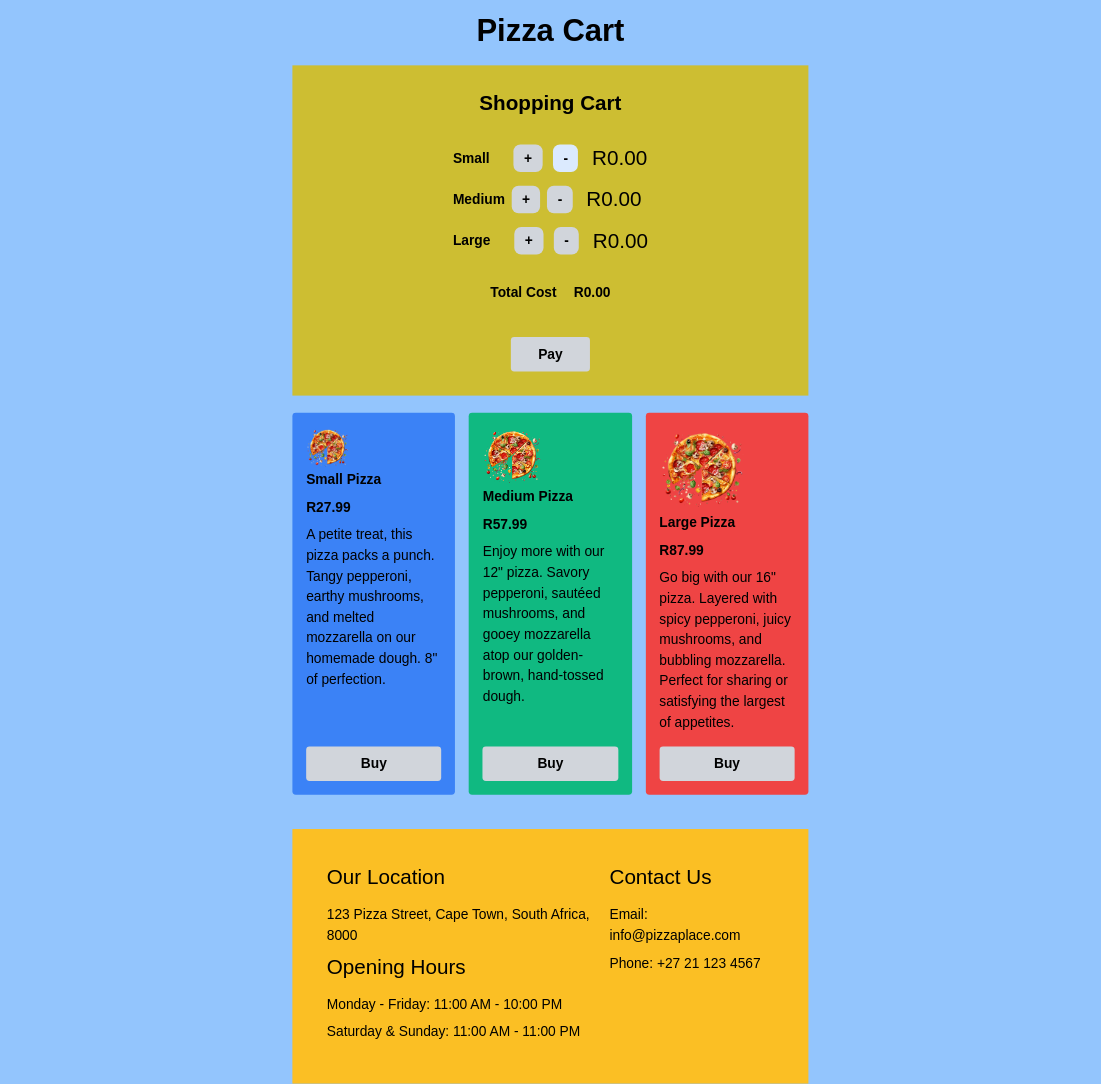
Repository: lasity34/pizza_cart
Page: index.html
The author's editor kept a copy of each file at every save. The page is drawn from the files as they stood at one save, then again after the next save.
The browser window is 1280 px wide. The pictures show the whole page, at 86% of full size.
Some web fonts or font styles are not loaded; a fallback is used. Some web libraries are served in a nearby version.

Above is the page before, as saved 2023-07-12 12:29:01.

### index.html
<!DOCTYPE html>
<html lang="en">
  <head>
    <meta charset="UTF-8" />
    <meta name="viewport" content="width=device-width, initial-scale=1.0" />
    <title>Pizza Cart</title>
    <script src="//unpkg.com/alpinejs" defer></script>
    <link
      href="https://cdn.jsdelivr.net/npm/tailwindcss@2.1.2/dist/tailwind.min.css"
      rel="stylesheet"
    />
    <link href="./style.css" rel="stylesheet" />
    <link rel="preconnect" href="https://fonts.googleapis.com">
<link rel="preconnect" href="https://fonts.gstatic.com" crossorigin>
<link href="https://fonts.googleapis.com/css2?family=Titillium+Web:ital@0;1&family=Tsukimi+Rounded:wght@300;400;500&display=swap" rel="stylesheet">
  </head>
  <body x-data="cart" class="bg-blue-300" x-cloak>
    <section class="flex justify-center items-center">
      <h1 class="text-4xl pt-4 font-bold">Pizza Cart</h1>
    </section>

    <section
      class="shop-container my-5 p-7 flex justify-center items-center flex-col"
    >
      <h2 class="text-2xl mb-2 font-bold">Shopping Cart</h2>
      <div class="mt-6 flex flex-col items-center">
        <div >
          <div class="flex items-center mb-4">
            <p class="font-bold mr-2">Small</p>
            <div class="ml-5">
              <button
                @click="increment('small')"
                class="bg-gray-300 hover:bg-gray-400 rounded-lg px-3 py-1 mr-2 font-bold"
              >
                +
              </button>
              <button
                @click="decrement('small')"
                class="bg-blue-100 hover:bg-gray-400 rounded-lg px-3 py-1 font-bold"
              >
                -
              </button>
            </div>
            <p class="ml-4 text-2xl">
              R<span x-text="(smallAmount * prices.small).toFixed(2)"
                >0.00</span
              >
            </p>
          </div>
          <div class="flex items-center mb-4">
            <p class="font-bold mr-2 text-red">Medium</p>
            <button
              @click="increment('medium')"
              class="bg-gray-300 hover:bg-gray-400 rounded-lg px-3 py-1 mr-2 font-bold"
            >
              +
            </button>
            <button
              @click="decrement('medium')"
              class="bg-gray-300 hover:bg-gray-400 rounded-lg px-3 py-1 font-bold"
            >
              -
            </button>
            <p class="ml-4 text-2xl">
              R<span x-text="(mediumAmount * prices.medium).toFixed(2)"
                >0.00</span
              >
            </p>
          </div>
          <div class="flex items-center mb-4">
            <p class="font-bold mr-2">Large</p>
            <div class="ml-5">
              <button
                @click="increment('large')"
                class="bg-gray-300 hover:bg-gray-400 rounded-lg px-3 py-1 mr-2 font-bold"
              >
                +
              </button>
              <button
                @click="decrement('large')"
                class="bg-gray-300 hover:bg-gray-400 rounded-lg px-3 py-1 font-bold"
              >
                -
              </button>
            </div>
            <p class="ml-4 text-2xl">
              R<span x-text="(largeAmount * prices.large).toFixed(2)"
                >0.00</span
              >
            </p>
          </div>
        </div>
        <div class="flex justify-center mt-4">
          <p class="font-bold">Total Cost</p>
          <p class="ml-5 font-bold">R<span x-text="total().toFixed(2)">0.00</span></p>
        </div>
        <div class="mt-4">
          <span  x-html="payMessage"></span>
        </div>

        <div class="mt-4" x-show="total() !== 0" x-cloak>
          <label class="font-bold">Payment Amount:</label>
          <input placeholder="Enter payment here" type="number" step="0.01" class="rounded ml-2 py-2" x-model="paymentAmount" />
        </div>
        <div class="mt-6">
          <button
          x-cloak
          @click="paymentTotal()"
            class="bg-gray-300 hover:bg-gray-400 py-2 px-8 rounded font-bold"
          >
            <span x-text="total() === 0 ? 'Pay' : 'Checkout'"></span>
          </button>
        </div>
      </div>
    </section>

    <section class="pizza_columns">
      <div class="flex justify-around gap-4 max-w-screen-sm mx-auto">
        <div
          class="pizza_sm bg-blue-500 rounded p-4 w-64 flex flex-col justify-between text-black"
        >
          <div>
            <img src="./pizza.png" width="50" />
            <h3 class="mb-2 font-bold">Small Pizza</h3>
            <h3 class="mb-2 font-bold">R27.99</h3>
            <p class="mb-4">
              A petite treat, this pizza packs a punch. Tangy pepperoni, earthy
              mushrooms, and melted mozzarella on our homemade dough. 8" of
              perfection.
            </p>
          </div>
          <button
          @click="buy('small')"
          :disabled="smallAdded"
          class="bg-gray-300 hover:bg-gray-400 transition-colors duration-300 py-2 px-4 rounded font-bold"
        >
          Buy
        </button>
        </div>
        <div
          class="pizza_md bg-green-500 rounded p-4 w-64 flex flex-col justify-between text-black"
        >
          <div>
            <img src="./pizza.png" width="70" />
            <h3 class="mb-2 font-bold">Medium Pizza</h3>
            <h3 class="mb-2 font-bold">R57.99</h3>
            <p class="mb-4">
              Enjoy more with our 12" pizza. Savory pepperoni, sautéed
              mushrooms, and gooey mozzarella atop our golden-brown, hand-tossed
              dough.
            </p>
          </div>
          <button
          @click="buy('medium')"
          :disabled="mediumAdded"
          class="bg-gray-300 hover:bg-gray-400 transition-colors duration-300 py-2 px-4 rounded font-bold"
        >
          Buy
        </button>
        </div>
        <div
          class="pizza_lg bg-red-500 rounded p-4 w-64 flex flex-col justify-between text-black"
        >
          <div>
            <img src="./pizza.png" width="100" />
            <h3 class="mb-2 font-bold">Large Pizza</h3>
            <h3 class="mb-2 font-bold">R87.99</h3>
            <p class="mb-4">
              Go big with our 16" pizza. Layered with spicy pepperoni, juicy
              mushrooms, and bubbling mozzarella. Perfect for sharing or
              satisfying the largest of appetites.
            </p>
          </div>
          <button
          @click="buy('large')"
          :disabled="largeAdded"
          class="bg-gray-300 hover:bg-gray-400 transition-colors duration-300 py-2 px-4 rounded font-bold"
        >
          Buy
        </button>
        </div>
      </div>

      <footer class="bg-yellow-400 text-black mt-10 p-10">
        <div class="container mx-auto flex justify-between">
          <div>
            <h2 class="text-2xl mb-4">Our Location</h2>
            <p class="mb-2">123 Pizza Street, Cape Town, South Africa, 8000</p>

            <h2 class="text-2xl mb-4">Opening Hours</h2>
            <p class="mb-2">Monday - Friday: 11:00 AM - 10:00 PM</p>
            <p class="mb-2">Saturday & Sunday: 11:00 AM - 11:00 PM</p>
          </div>
          <div>
            <h2 class="text-2xl mb-4">Contact Us</h2>
            <p class="mb-2">Email: info@pizzaplace.com</p>
            <p class="mb-2">Phone: +27 21 123 4567</p>
          </div>
        </div>
      </footer>
    </section>
    <div
    x-show="show"
    x-transition:enter="transition ease-out duration-300"
    x-transition:enter-start="opacity-0 transform scale-90"
    x-transition:enter-end="opacity-100 transform scale-100"
    x-transition:leave="transition ease-in duration-300"
    x-transition:leave-start="opacity-100 transform scale-100"
    x-transition:leave-end="opacity-0 transform scale-90"
    class="fixed inset-0 flex items-center justify-center z-50"
  >
    <div class="bg-green-800 text-white rounded p-5 shadow-lg">

      <p x-text="message"></p>
      <!-- Removed the Close button -->
    </div>
  </div>


    <script src="./pizza.js"></script>
  </body>
</html>

### style.css

body {
    max-width: 600px;
    margin: 0 auto;

font-family: 'Tsukimi Rounded', sans-serif;
}

.shop-container {
    background-color: rgb(205, 190, 50);
}

input::-webkit-outer-spin-button,
input::-webkit-inner-spin-button {
  -webkit-appearance: none;
  margin: 0;
}

input[type="number"] {
  -moz-appearance: textfield;
 text-indent: 10px;
}

[x-cloak] { display: none; }

### pizza.js
function cart() {
  return {
    smallAmount: 0,
    mediumAmount: 0,
    largeAmount: 0,
    paymentAmount: 0,
    message: "",
    payMessage: "",
    smallAdded: false,
    mediumAdded: false,
    largeAdded: false,
    show: false,
    prices: {
      small: 27.99,
      medium: 57.99,
      large: 87.99,
    },
    lastMessageAdded: '',
    increment(size) {
      if (size === "small" && this.smallAdded) {
        this.smallAmount++;
      } else if (size === "medium" && this.mediumAdded) {
        this.mediumAmount++;
      } else if (size === "large" && this.largeAdded) {
        this.largeAmount++;
      }
    },
    buy(size) {
      if (size === "small") {
        this.smallAdded = true;
        this.smallAmount++;  // increment the small pizza count
        this.message = 'Small Pizza has been added';
      } else if (size === "medium") {
        this.mediumAdded = true;
        this.mediumAmount++;  // increment the medium pizza count
        this.message = 'Medium Pizza has been added';
      } else if (size === "large") {
        this.largeAdded = true;
        this.largeAmount++;  // increment the large pizza count
        this.message = 'Large Pizza has been added';
      }
      this.toggleModal();
    },
    decrement(size) {
      if(size === 'small' && this.smallAmount > 0 && this.smallAdded) {
        this.smallAmount--;
        if(this.smallAmount === 0) this.smallAdded = false;
      }
      if(size === 'medium' && this.mediumAmount > 0 && this.mediumAdded) {
        this.mediumAmount--;
        if(this.mediumAmount === 0) this.mediumAdded = false;
      }
      if(size === 'large' && this.largeAmount > 0 && this.largeAdded) {
        this.largeAmount--;
        if(this.largeAmount === 0) this.largeAdded = false;
      }
    },
    total() {
      return (
        this.smallAmount * this.prices.small +
        this.mediumAmount * this.prices.medium +
        this.largeAmount * this.prices.large
      );
    },
    paymentTotal() {
      if (this.paymentAmount < this.total()) {
        this.payMessage = `<p class='flex bg-red-600 text-white py-2 px-4 font-bold text-lg my-3 py-1'>R${(this.total() - this.paymentAmount).toFixed(2)} is needed</p>`;
        setTimeout(() => {
          this.payMessage = "";
        }, 2000);
      } else if (this.paymentAmount > this.total()) {
        this.payMessage = `<p class='flex bg-red-600 text-white py-2 px-4 font-bold text-lg my-3 py-1'>There is R${(this.paymentAmount - this.total()).toFixed(2)} too much</p>`;
        setTimeout(() => {
          this.payMessage = "";
        }, 2000);
      } else if (this.paymentAmount == this.total() && this.total() !== 0) {
        this.payMessage = "<p class='flex bg-green-600 text-white py-2 px-4 font-bold text-lg my-3 py-1'>Enjoy your pizzas<p>";
        this.reset();
        setTimeout(() => {
          this.payMessage = "";
        }, 2000);
      }
    },
    toggleModal() {
      this.show = !this.show;
      if (this.show) {
        setTimeout(() => { this.show = false; }, 2000); // Close after 2 seconds
      }
    },
    reset() {
      this.smallAmount = 0;
      this.mediumAmount = 0;
      this.largeAmount = 0;
      this.paymentAmount = 0;
      this.message = "";

      this.smallAdded = false;
      this.mediumAdded = false;
      this.largeAdded = false;
      this.show = false;
    }
  };
}

document.addEventListener("alpine:init", () => {
  Alpine.data("cart", cart);
});

After the next save:
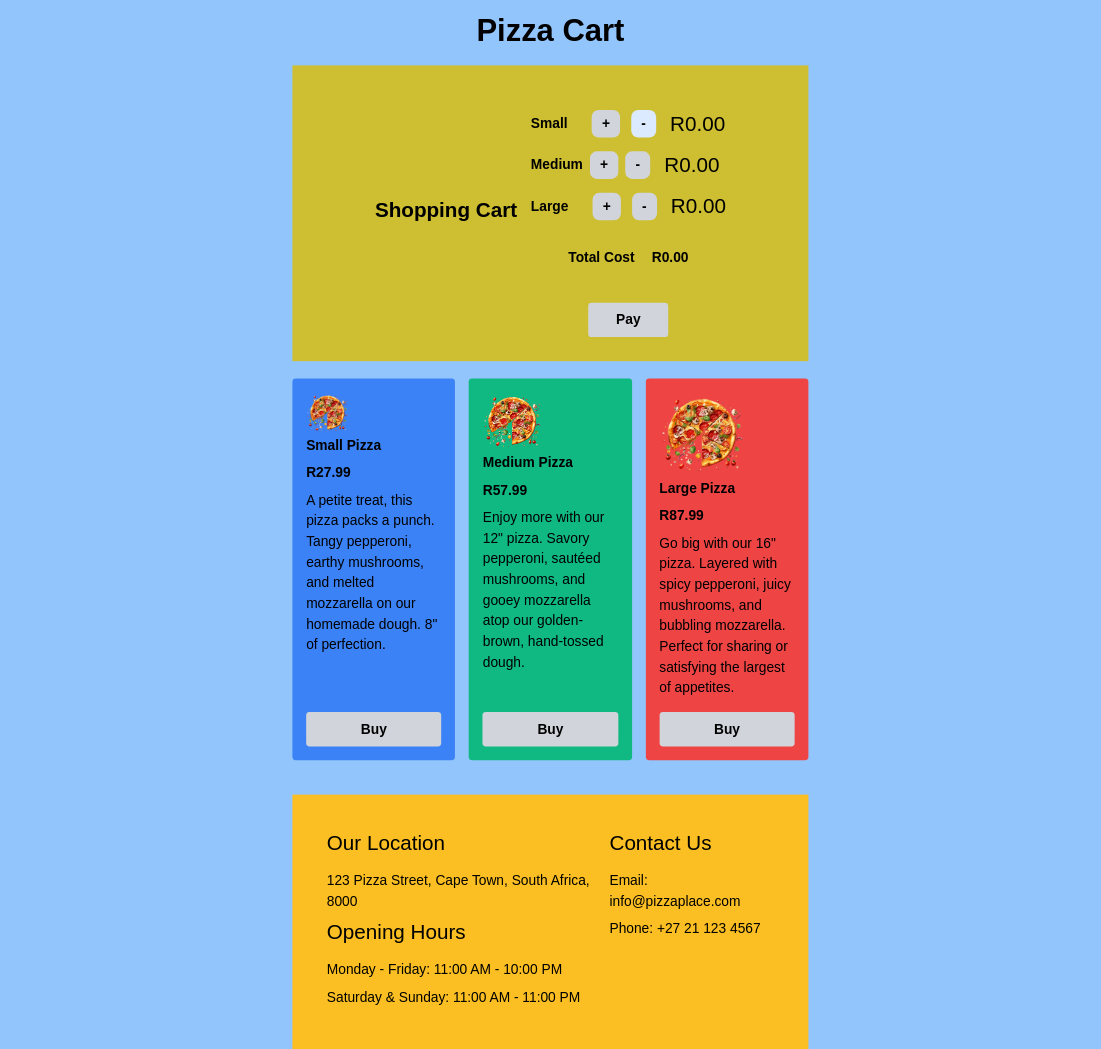
Saved 3 min 26 s later.
--- a/index.html
+++ b/index.html
@@ -20,7 +20,7 @@
     </section>
 
     <section
-      class="shop-container my-5 p-7 flex justify-center items-center flex-col"
+      class="shop-container my-5 p-7 flex flex-col md:flex-row justify-center items-center md:space-x-4"
     >
       <h2 class="text-2xl mb-2 font-bold">Shopping Cart</h2>
       <div class="mt-6 flex flex-col items-center">

After the save that followed:
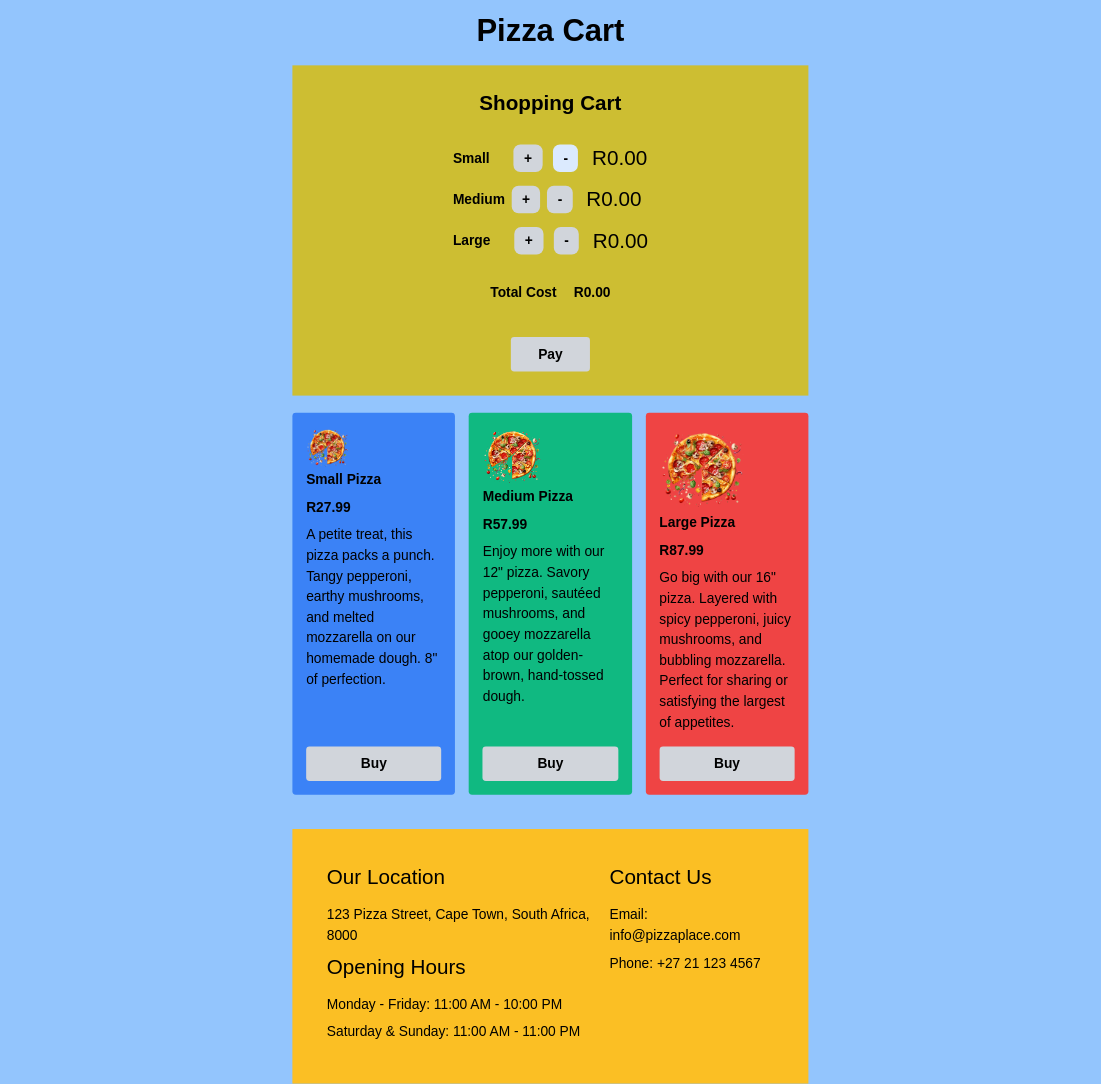
Saved 56 s later.
--- a/index.html
+++ b/index.html
@@ -20,7 +20,7 @@
     </section>
 
     <section
-      class="shop-container my-5 p-7 flex flex-col md:flex-row justify-center items-center md:space-x-4"
+      class="shop-container my-5 p-7 flex justify-center items-center flex-col"
     >
       <h2 class="text-2xl mb-2 font-bold">Shopping Cart</h2>
       <div class="mt-6 flex flex-col items-center">
